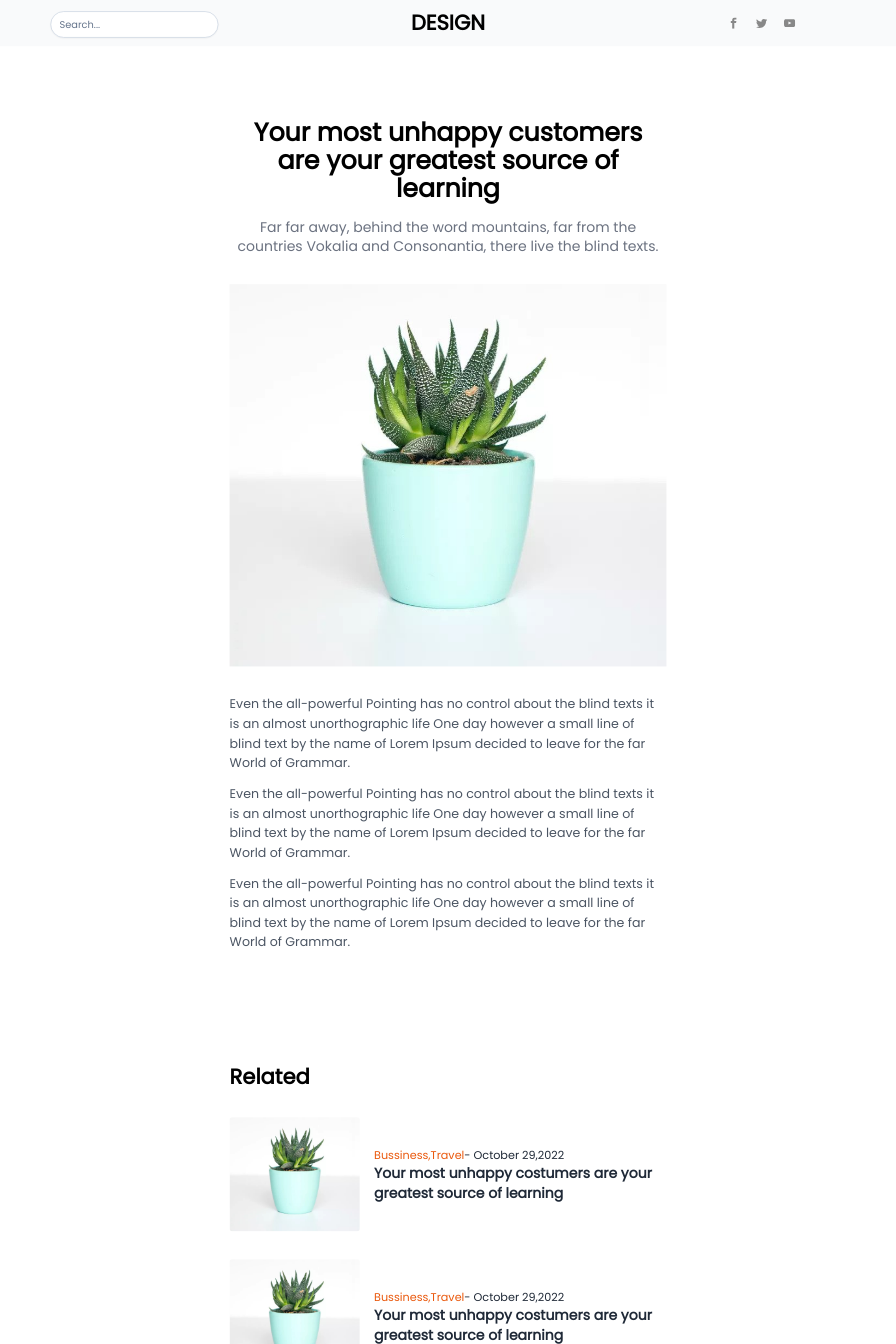
Repository: Abhi2359/Aayurgyan
Page: /posts/page
These files come from the project's save history. The page is drawn as it stood at one moment and after the next save; the edit follows.
The browser window is 1280 px wide. The pictures show the part of the page from y = 0 to 1920 px (the page is 3253 px tall before and 3438 px after), at 70% of full size.
The project was rebuilt for these pictures with package versions that can differ from the ones it lists, and the page was loaded fresh each time. The framework's server and built-in components were replaced by stand-ins that run in the browser. Also part of the build but not shown: next.config.js.

Above is the page before, as saved 2022-11-14 00:11:01.

### pages/posts/page.js
import Image from "next/image";
import Format from "../../layout/format"
import Author from './../../components/_child/author';
import Related from "../../components/_child/related";

export default function Page(){
    return(
     <Format>
        <section className="container mx-auto md:px-2 py-16 w-1/2">
         <div className="flex justify-center">
     <Author></Author>
         </div>
         <div className="post py-10">
      <h1 className="font-bold text-4xl text-center pb-5">Your most unhappy customers are your greatest source of learning</h1>
      <p className="text-gray-500 text-xl text-center">Far far away, behind the word mountains, far from the countries Vokalia and Consonantia, there live the blind texts.</p>
      <div className="py-10">
     <Image src={"/images/img1.jpg"} width={900} height={600}></Image>
      </div>
      <div className="container text-gray-600 text-lg flex flex-col gap-4">
      <p>
            Even the all-powerful Pointing has no control about the blind texts it is an almost unorthographic life One day however a small line of blind
            text by the name of Lorem Ipsum decided to leave for the far World of Grammar.
        </p>
         <p>  Even the all-powerful Pointing has no control about the blind texts it is an almost unorthographic life One day however a small line of blind
            text by the name of Lorem Ipsum decided to leave for the far World of Grammar.</p>
            <p>  Even the all-powerful Pointing has no control about the blind texts it is an almost unorthographic life One day however a small line of blind
            text by the name of Lorem Ipsum decided to leave for the far World of Grammar.</p>
      </div>
     </div>
     <Related></Related>
        </section>
     </Format>
    )
}

### styles/globals.css
@import url('https://fonts.googleapis.com/css2?family=Poppins&family=Roboto:wght@300;400;500;700;900&display=swap');

@tailwind base;
@tailwind components;
@tailwind utilities;



*>*{
  font-family: 'Poppins', sans-serif;
}
a {
  color: inherit;
  text-decoration: none;
}

* {
  box-sizing: border-box;
}

.input-text{
  @apply mt-1 block w-60 px-3 py-2 bg-white border border-slate-300 rounded-full text-sm shadow-sm placeholder-slate-500;
  @apply focus:outline-none focus:border-sky-500 focus:ring-1 focus:ring-sky-500
}

.loader{
  @apply border-gray-200 rounded-full border-4 ease-linear h-10 w-10;
  border-top-color: #363ce0;
  animation: spinner 1.2s linear infinite;
}

@keyframes spinner{
  0%{transform: rotate(0deg);  }
  100%{transform: rotate(360deg);}
}

### layout/format.js
import Header from "../components/Header"
import Footer from "../components/footer"
import Head from "next/head"


export default function Format({children}){
    return(
       <>
       <Head>
        <title>Blog</title>
       </Head>
       <Header></Header>
       <main>{children}</main>
       <Footer></Footer>
       </>
    )
}

### components/_child/author.js
import Image from "next/image"
import Link from "next/link"

export default function Author({name,img,designation}) {
  if (! name&& !img) return <></>;

  return (
    <div className="author flex py-5">
       <Image src={img || ""} width={60} height={60}className="rounded-full" ></Image>
       <div className="flex flex-col justify-center px-4">
        <Link href={"/"} className="text-md font-bold text-gray-800 hover:text-gray-600">{name || "No Name"}</Link>
        <span className="text-sm text-gray-500">{designation || ""}</span>
       </div>

    </div>
  )
}

### components/_child/related.js
import Link from 'next/link';
import Image from 'next/image'
import Author from './author';


export default function Related() {
    return(
        <section className="pt-20">

        <h1 className="font-bold text-3xl py-10 ">Related</h1>
       <div className="flex flex-col gap-10">
         {Post()}
         {Post()}
         {Post()}
         {Post()}
         {Post()}
       </div>
        </section>
    )
}


function Post(){
    return(
      <div className="flex gap-5">
         <div className="image flex flex-col justify-start">
       <Link href={"/"}>  <Image src={"/images/img1.jpg"}  width={300} height={200}  className="rounded"/></Link>
       </div>
       <div className="info flex justify-center flex-col">
       <div className="cat">
              <Link href={"/"} className="text-orange-600 hover:text-orange-800">Bussiness,Travel</Link>
              <Link href={"/"} className="text-gray-800 hover:text-gray-600">- October 29,2022</Link>
          </div>
          <div className='title'>
      <Link href={"/"} className="text-xl  font-bold text-gray-800 hover:text-gray-600">Your most unhappy costumers are your greatest source of learning</Link>
          </div>
          <Author></Author>
    </div>
      </div>
    )
}

### components/Header.js
import { ImFacebook, ImTwitter, ImYoutube } from "react-icons/im";
import Link from 'next/link'

export default function header() {
  return (
    <header className="bg-gray-50">
        <div className="xl:container xl:mx-auto flex flex-col items-center sm:flex-row sm:justify-between text-center py-3">
            <div className="md:flex-none w-96 order-2 sm:order-1 flex justify-center py-4 sm:py-0">
                <input type="text" className="input-text"  placeholder="Search..."/>
            </div>
            <div className="shrink w-80 sm:order-2">
                <Link href={"/"} className="font-bold uppercase text-3xl">
                    Design
                </Link>
            </div>
            <div className="w-96 order-3 flex justify-center">
                <div className="flex gap-6">
                    <Link href={"/"}><ImFacebook color="#888888" /></Link>
                    <Link href={"/"}><ImTwitter color="#888888" /></Link>
                    <Link href={"/"}><ImYoutube color="#888888" /></Link>
                </div>
            </div>
        </div>
    </header>
  )
}

### components/footer.js
import { ImFacebook, ImTwitter, ImYoutube } from "react-icons/im";
import Link from 'next/link'
import Newsletter from './_child/newsletter';

export default function Footer() {
  const bg={
    backgroundImage:"url('/images/footer.png') ",
    backgroundRepeat:"no-repeat",
    backgroundPosition:"bottom left"
}


  return (
    <footer className="bg-gray-50" style={bg}>
      <Newsletter></Newsletter>
  <div className="container mx-auto flex justify-center py-12">
   <div className="py-5">
    <div className="flex gap-6 justify-center">
                   <Link href={"/"}><ImFacebook color="#888888" /></Link>
                    <Link href={"/"}><ImTwitter color="#888888" /></Link>
                    <Link href={"/"}><ImYoutube color="#888888" /></Link>
    </div>
        <p className="py-5 text-gray-400">Copyright ©2022 All rights reserved | This template is made with  by Daily Tuition</p>
         <p className="text-gray-400 text-center">Terms & Condition</p>
   </div>
  </div>

    </footer>

  )
}

### components/_child/newsletter.js
export default function Newsletter(){
    return(
 <section className="bg-gray-50 mt-20">
   <div className="container mx-auto md:px-20 py-16 text-center">
     <h1 className="font-bold text-3xl">Subscribe Newsletter</h1>
     <div className="py-4">
    <input type="text" className="shadow border rounded w-9/12 py-3 px-3 text-gray-700 focus:outline-none focus:shadow-outline" placeholder="Enter your Email address"/>
     </div>
     <button className="bg-orange-400 px-20 py-3 rounded-full text-gray-50 text-xl">
     Subscribe
     </button>
   </div>
 </section>


    )


}

### tailwind.config.js
/** @type {import('tailwindcss').Config} */
module.exports = {
  content: [
    "./app/**/*.{js,ts,jsx,tsx}",
    "./pages/**/*.{js,ts,jsx,tsx}",
    "./components/**/*.{js,ts,jsx,tsx}",
  ],
  theme: {
    extend: {},
  },
  plugins: [],
}

Loaded but not shown: pages/_app.js (common file)

After the next save:
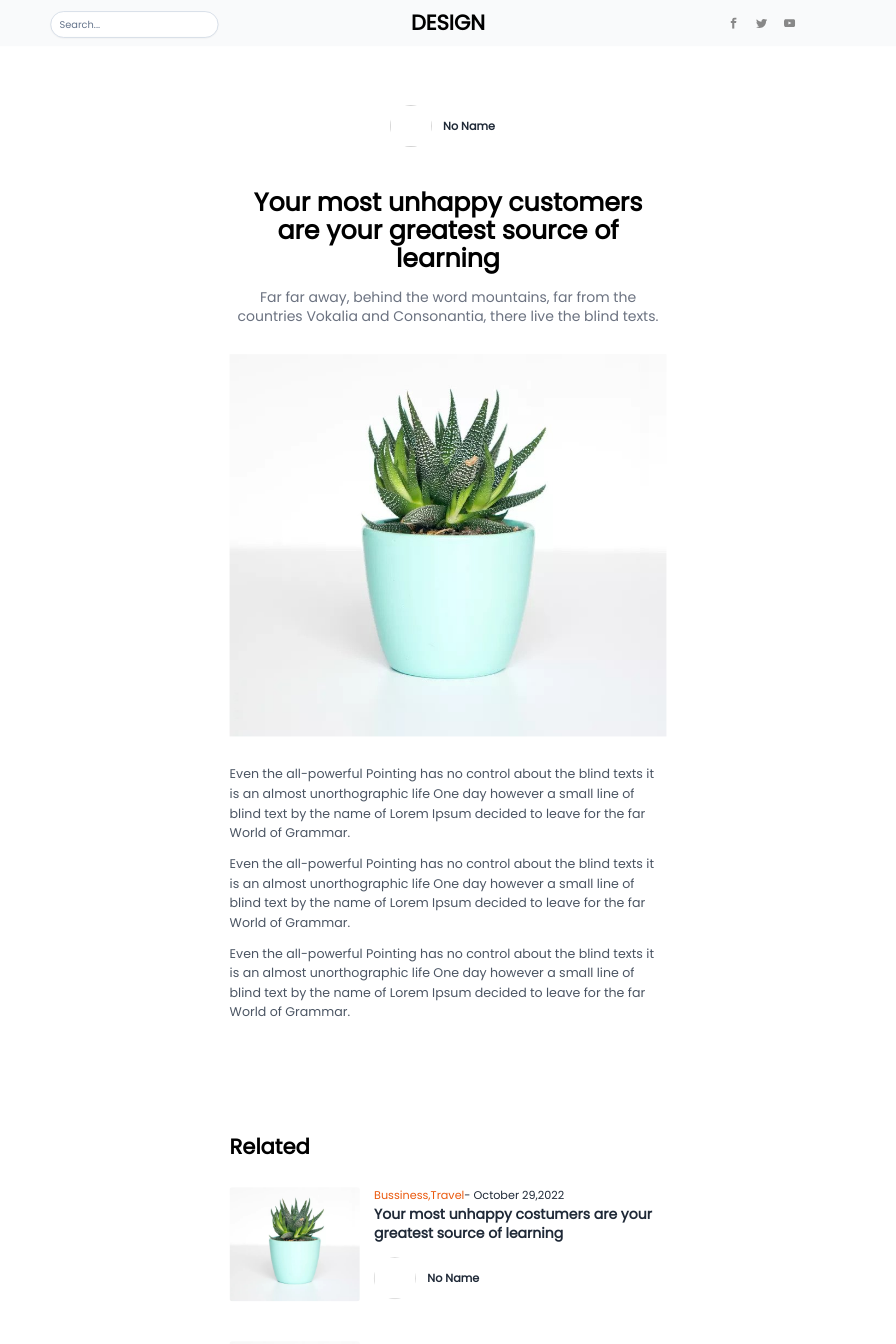
Saved 17 min 34 s later.
--- a/components/_child/author.js
+++ b/components/_child/author.js
@@ -2,7 +2,7 @@ import Image from "next/image"
 import Link from "next/link"
 
 export default function Author({name,img,designation}) {
-  if (! name&& !img) return <></>;
+
 
   return (
     <div className="author flex py-5">
